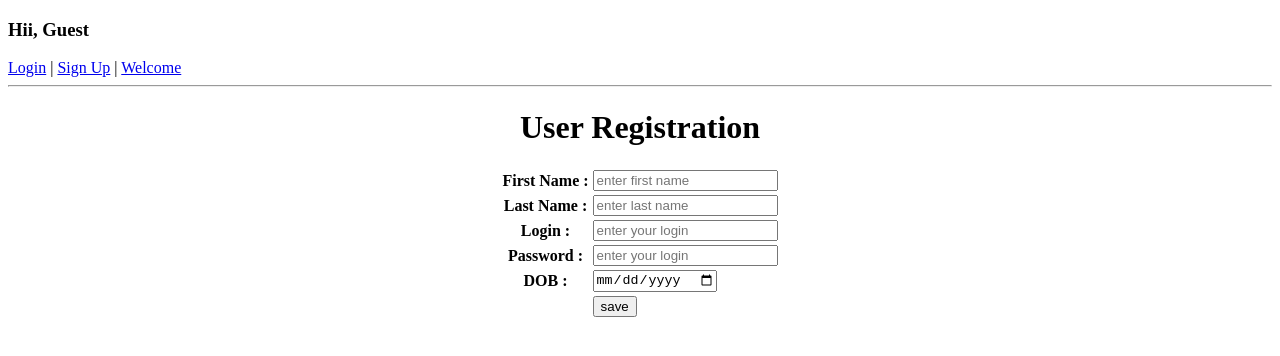
Repository: vinaybhatia16/Jsp-servelet
Page: http://localhost/DemoWebProject/UserCtl
These files come from the project's save history. The page is drawn as it stood at one moment and after the next save; the edit follows.
The browser window is 1280 px wide. The pictures show the whole page.
The page is served by Tomcat 9.

Above is the page before, as saved 2026-04-05 07:48:23.

After the next save:
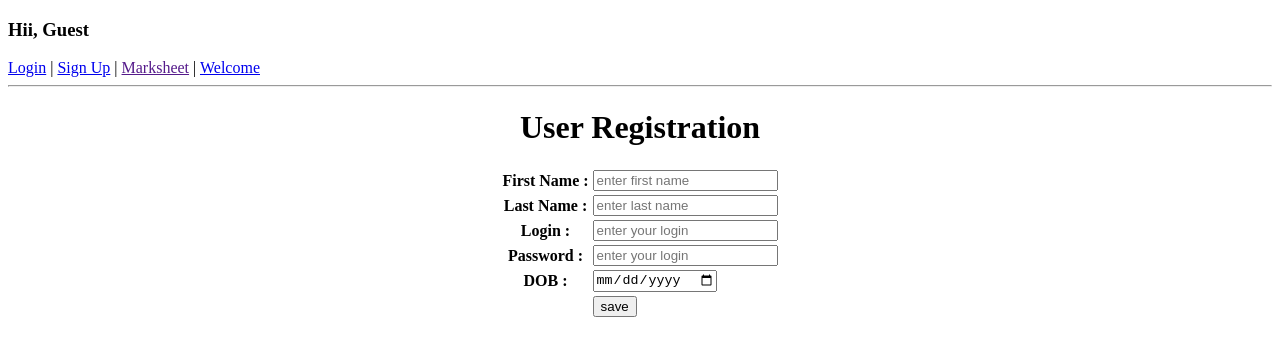
Saved 2 min 11 s later.
--- a/DemoWebProject/WebContent/Header.jsp
+++ b/DemoWebProject/WebContent/Header.jsp
@@ -18,7 +18,7 @@
 	<a href="UserCtl">Add User</a> |
 	<a href="UserListCtl">User List</a> |
 	<a href="LoginCtl?operation=logout">Logout</a> |
-
+	<a href="">Marksheet</a> |
 	<%
 	} else {
 	%>
@@ -26,6 +26,7 @@
 	<h3>Hii, Guest</h3>
 	<a href="LoginCtl">Login</a> |
 	<a href="UserRegistrationCtl">Sign Up</a> |
+	<a href="">Marksheet</a> |
 	<%
 	}
 	%>
